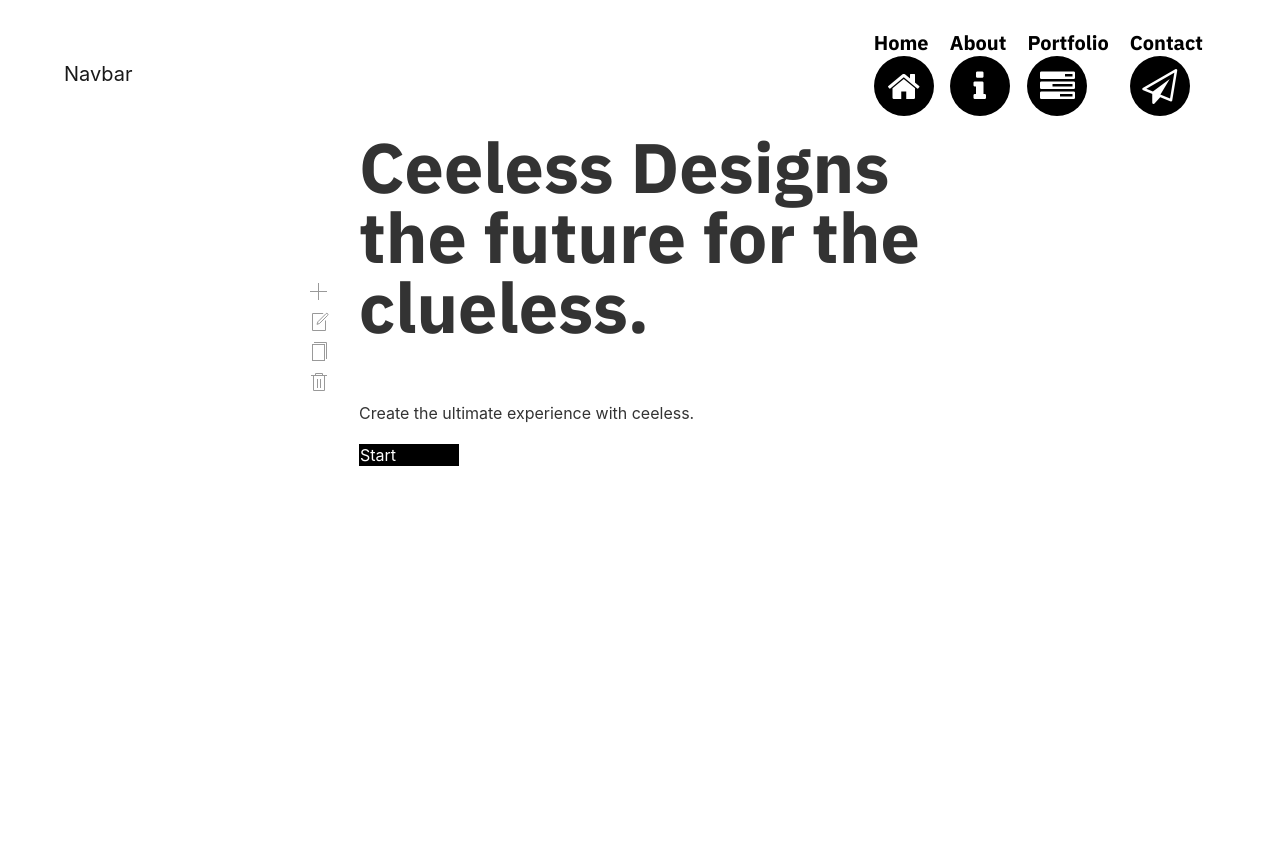
Repository: latenightsnacc/ceeless
Page: index.html
These files come from the project's save history. The page is drawn as it stood at one moment and after the next save; the edit follows.
The browser window is 1280 px wide. The pictures show the whole page.
Some web libraries are served in a nearby version. The style sheet was rebuilt from its Sass, Less or Tailwind sources for each picture, by a compiler version that may differ from the author's.

Above is the page before, as saved 2020-06-11 16:44:14.

After the next save:
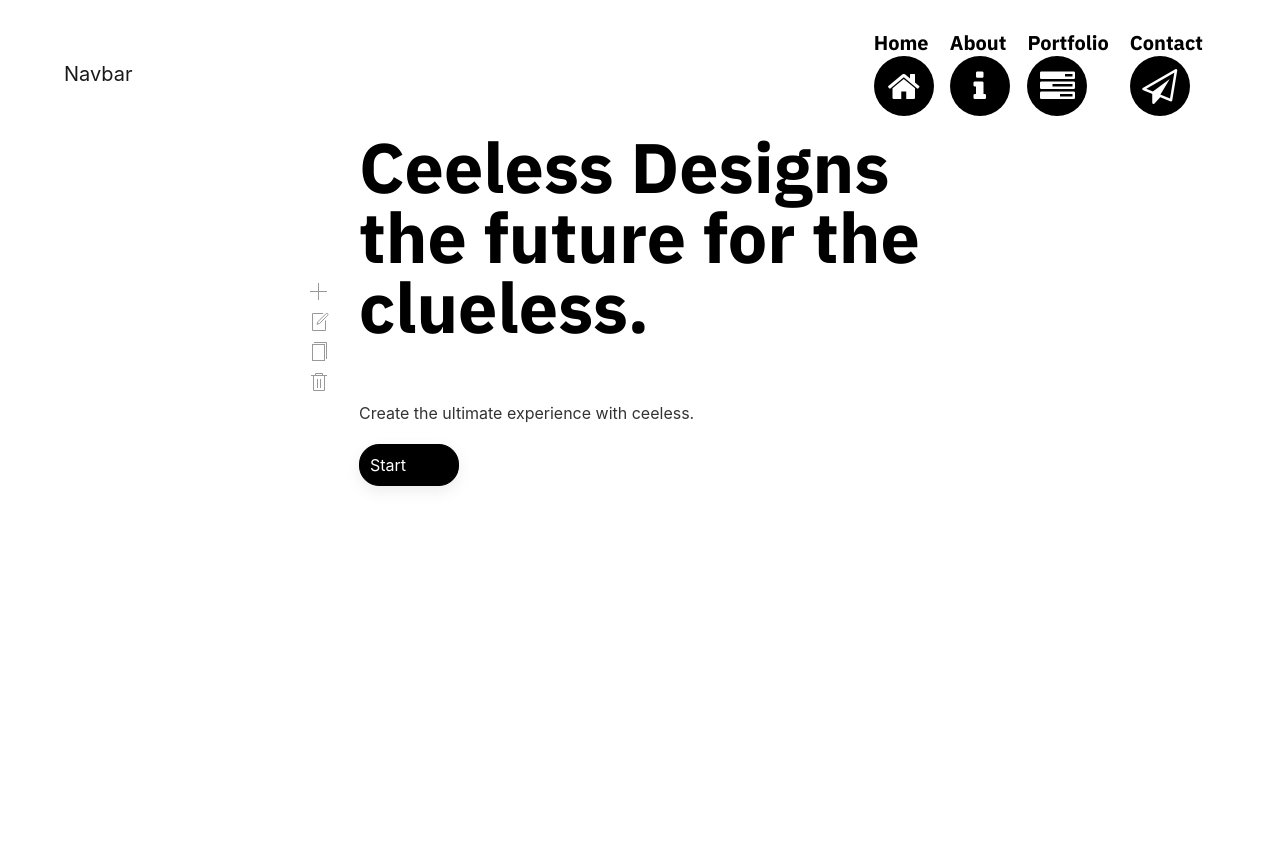
Saved 54 s later.
--- a/Styles/header.scss
+++ b/Styles/header.scss
@@ -19,6 +19,7 @@
                 font-size: 70px;
                 line-height: 70px;
                 font-family: $font;
+                color: $dark;
             }
         }
     }
@@ -27,6 +28,9 @@ a.action-btn {
     border: 1px solid $dark;
     background-color: $dark;
     width: 100px;
+    border-radius: 20px;
+    padding: 10px;
+    box-shadow: $box-shadow;
     color: $light;
     line-height: 20px;
     &:hover{
